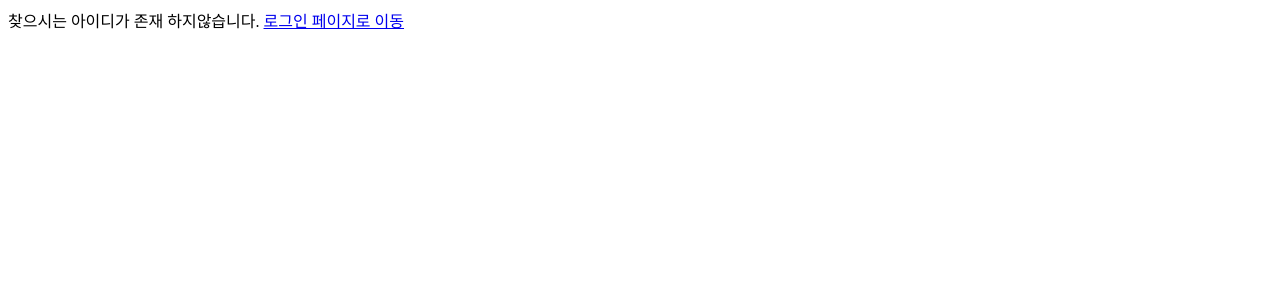
Repository: wake45/Web_Programming_Project
Page: http://localhost/WebP/findId.jsp
These files come from the project's save history. The page is drawn as it stood at one moment and after the next save; the edit follows.
The browser window is 1280 px wide. The pictures show the whole page.
The page is served by Tomcat 9. Other server files are loaded and not shown. Queries for data that is not in the repository find no rows.

Above is the page before, as saved 2018-06-17 15:21:15.

### Web_기말프로젝트_20145150_이상욱/WebP/WebContent/findId.jsp
<%@ page language="java" contentType="text/html; charset=EUC-KR"
    pageEncoding="EUC-KR"%>
<!DOCTYPE html PUBLIC "-//W3C//DTD HTML 4.01 Transitional//EN" "http://www.w3.org/TR/html4/loose.dtd">
<html>
<head>
<meta http-equiv="Content-Type" content="text/html; charset=EUC-KR">
<title>Insert title here</title>
</head>
<body>
<jsp:useBean id="findId_" class="Info.Member" scope="page"/>
<jsp:useBean id="dbconnect" class="Info.DBConnection" scope="page"/>
<jsp:setProperty name="findId_" property="*"/>

<%
	String str=null;
	if( (str = dbconnect.findId(findId_.getName(),findId_.getNumber())) != null){
		session.setAttribute("findId_",str);
		out.print("아이디 : " + str);
		out.print("\n<a href=login.html>로그인 페이지로 이동</a>");
	}
	else{
		out.print("찾으시는 아이디가 존재 하지않습니다.");
		out.print("\n<a href=login.html>로그인 페이지로 이동</a>");
	}
%>
</body>
</html>

### Web_기말프로젝트_20145150_이상욱/WebP/src/Info/Member.java
package Info;

public class Member {
	private String id;
	private String password;
	private String name;
	private String number;
	public String getId() {
		return id;
	}
	public void setId(String id) {
		this.id = id;
	}
	public String getPassword() {
		return password;
	}
	public void setPassword(String password) {
		this.password = password;
	}
	public String getName() {
		return name;
	}
	public void setName(String name) {
		this.name = name;
	}
	public String getNumber() {
		return number;
	}
	public void setNumber(String number) {
		this.number = number;
	}
}

### Web_기말프로젝트_20145150_이상욱/WebP/src/Info/DBConnection.java
package Info;

import java.sql.*;

public class DBConnection {
	private static final String JDBC_DRIVER = "com.mysql.jdbc.Driver";
	private static final String JDBC_URL = "jdbc:mysql://localhost:3306/webdb?characterEncoding=UTF-8&serverTimezone=UTC";
	private static final String USER = "root";
	private static final String PASSWD = "1234";


	private Connection con = null;
	private PreparedStatement pstmt = null;

	public DBConnection() {
		try {
			Class.forName(JDBC_DRIVER);
		}catch(Exception e) {
			e.printStackTrace();
		}
	}

	public void connect() {
		try{
			con = DriverManager.getConnection(JDBC_URL, USER, PASSWD);
		}catch(Exception e){
			e.printStackTrace();
		}
	}

	public boolean isMember(String id, String pwd) {
		boolean success = false;
		connect();
		String sql = "select * from member";
		ResultSet information = null;

		try {
			pstmt = con.prepareStatement(sql);
			information = pstmt.executeQuery(sql);

			while(information.next()) {
				if(id.equals(information.getString(1)) && pwd.equals(information.getString(2))) {
					success = true;
				}
			}

			information.close();
			disconnection();

			return success;
		}catch(SQLException e) {
			e.printStackTrace();
			return success;
		}
	}

	public String findId(String name, String number) {
		connect();
		String sql = "select * from member where name=? and number=?";
		ResultSet information=null;
		String str = null;
		try {
			pstmt = con.prepareStatement(sql);
			pstmt.setString(1, name);
			pstmt.setString(2, number);
			information = pstmt.executeQuery();

			while(information.next()) {
					str = information.getString(1);
			}

			information.close();
			disconnection();

			return str;
		}catch(SQLException e) {
			e.printStackTrace();
			return null;
		}
	}

	public String findPwd(String id ,String name, String number) {
		connect();
		String sql = "select * from member where id=? and name=? and number=?";
		ResultSet information = null;
		String str = null;
		try {
			pstmt = con.prepareStatement(sql);
			pstmt.setString(1, id);
			pstmt.setString(2, name);
			pstmt.setString(3, number);
			information = pstmt.executeQuery();

			while(information.next()) {
					str = information.getString(2);
			}

			information.close();
			disconnection();

			return str;
		}catch(SQLException e) {
			e.printStackTrace();
			return null;
		}
	}

	public boolean insertMember(Member mem) {
		boolean success = true;

		connect();
		String sql = "insert into member values(?, ?, ?, ?)";

		try {
			pstmt = con.prepareStatement(sql);


			pstmt.setString(1, mem.getId());
			pstmt.setString(2, mem.getPassword());
			pstmt.setString(3, mem.getName());
			pstmt.setString(4, mem.getNumber());
			pstmt.executeUpdate();


			disconnection();
	        return success;

		}catch(SQLException e) {
			e.printStackTrace();
			return !success;
		}
	}

	public void disconnection() {
		if(pstmt != null) {
			try {
				pstmt.close();
			}catch(SQLException e) {
				e.printStackTrace();
			}
		}
		if(con != null) {
			try {
				con.close();
			}catch(SQLException e) {
				e.printStackTrace();
			}
		}
	}
}

After the next save:
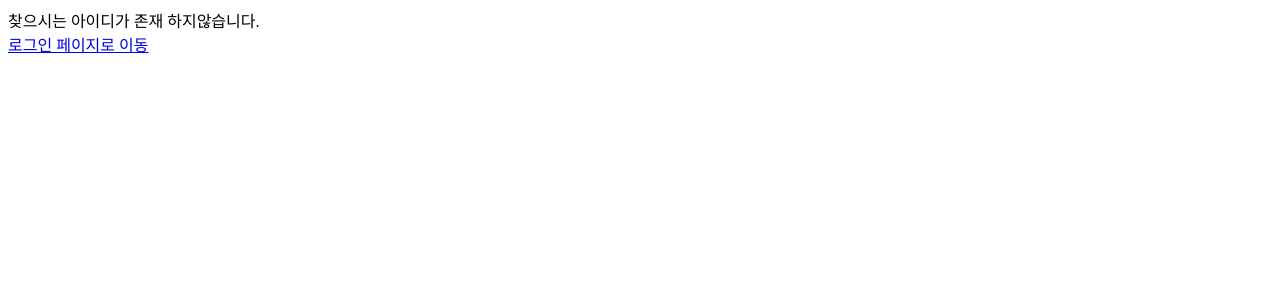
Saved 118 s later.
--- a/Web_기말프로젝트_20145150_이상욱/WebP/WebContent/findId.jsp
+++ b/Web_기말프로젝트_20145150_이상욱/WebP/WebContent/findId.jsp
@@ -16,11 +16,11 @@
 	if( (str = dbconnect.findId(findId_.getName(),findId_.getNumber())) != null){
 		session.setAttribute("findId_",str);
 		out.print("아이디 : " + str);
-		out.print("\n<a href=login.html>로그인 페이지로 이동</a>");
+		out.print("<br><a href=login.html>로그인 페이지로 이동</a>");
 	}
 	else{
 		out.print("찾으시는 아이디가 존재 하지않습니다.");
-		out.print("\n<a href=login.html>로그인 페이지로 이동</a>");
+		out.print("<br><a href=login.html>로그인 페이지로 이동</a>");
 	}
 %>
 </body>
